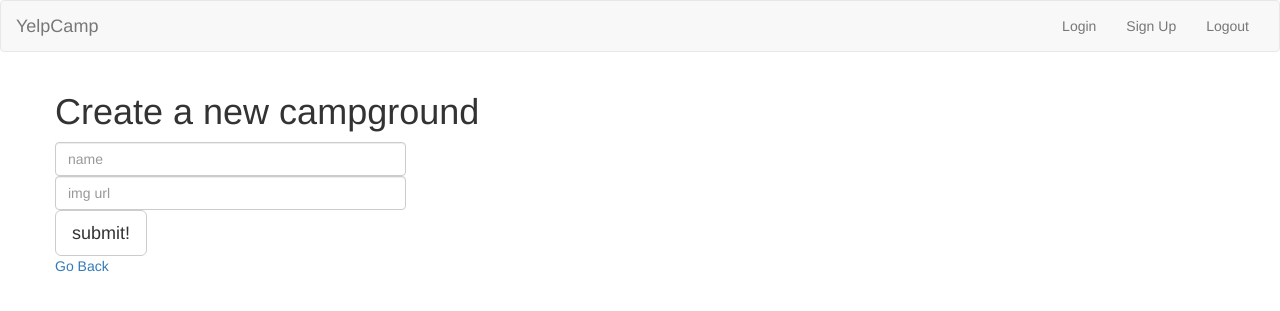
Repository: 19ycy91/myexercise
Page: http://localhost/campgrounds/new
The author's editor kept a record of every edit. The page is drawn from the files as they stood at one moment, then again after the next edit.
The browser window is 1280 px wide. The pictures show the whole page.
The page is served by the project's Node server (YelpCamp/v1/app.js).

Above is the page before.

After the next edit:
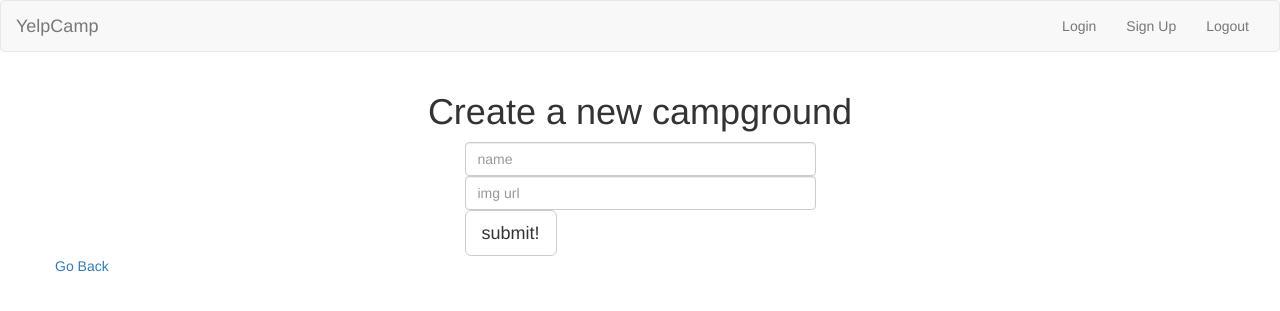
The edit:
--- a/6_Projects_UsingBackEndandRESTfulRoutes/workspace/YelpCamp/v1/views/new.ejs
+++ b/6_Projects_UsingBackEndandRESTfulRoutes/workspace/YelpCamp/v1/views/new.ejs
@@ -4,8 +4,8 @@
     <div class="row">
 
 
-        <h1>Create a new campground</h1>
-        <div style="width: 30%;">
+        <h1 style="text-align:center">Create a new campground</h1>
+        <div style="width: 30%; margin: 0 auto;">
 
 
         <form action="/campgrounds" method="POST">
